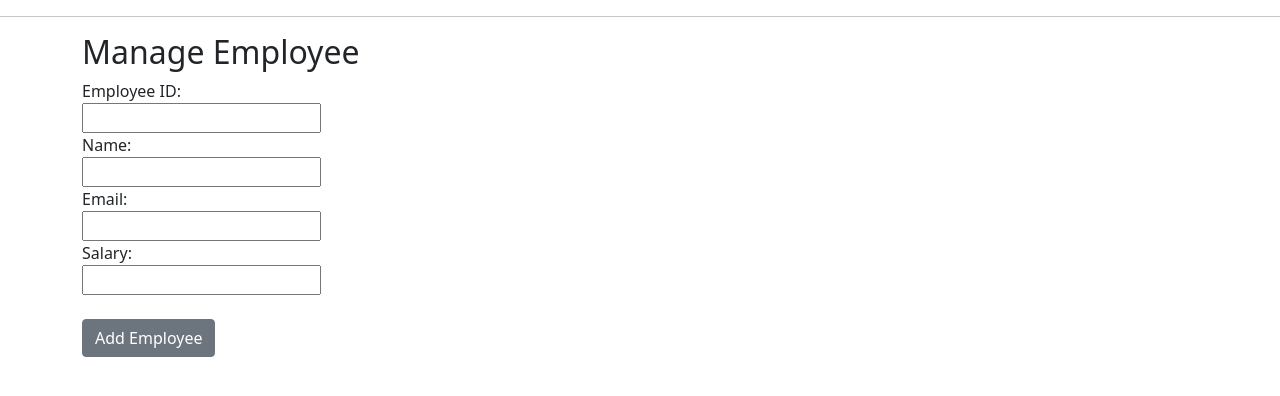
Repository: pradeep9689/monoceptAssignment
Page: http://localhost/08-jdbc-pool-connction/emplyeeAdd.jsp
An editor plug-in stored every save of this project. The page is shown before and after the next save, followed by the edit.
The browser window is 1280 px wide. The pictures show the whole page.
The page is served by Tomcat 9. Other server files are loaded and not shown.

Above is the page before, as saved 2024-07-17 05:10:54.

### 08-jdbc-pool-connction/WebContent/emplyeeAdd.jsp
<%@ page language="java" contentType="text/html; charset=ISO-8859-1"
    pageEncoding="ISO-8859-1"%>
    <link href="https://cdn.jsdelivr.net/npm/bootstrap@5.0.2/dist/css/bootstrap.min.css" rel="stylesheet" integrity="sha384-EVSTQN3/azprG1Anm3QDgpJLIm9Nao0Yz1ztcQTwFspd3yD65VohhpuuCOmLASjC" crossorigin="anonymous">
<!DOCTYPE html>
<html>
<head>
<meta charset="ISO-8859-1">
<title>Insert title here</title>
</head>
<body>
<hr>
<div class="container">
 <h2>Manage Employee</h2>
    <form action="EmployeeServlet" method="get">
        <label for="emp_id">Employee ID:</label><br>
        <input type="text" id="emp_id" name="emp_id" required><br>
        <label for="emp_name">Name:</label><br>
        <input type="text" id="emp_name" name="emp_name"><br>
        <label for="emp_mail">Email:</label><br>
        <input type="text" id="emp_mail" name="emp_mail"><br>
        <label for="salary">Salary:</label><br>
        <input type="text" id="salary" name="salary"><br><br>
        <input type="hidden" id="action" name="action" value="add">
        <input type="submit" class="btn btn-secondary" value="Add Employee" >
    </form>
    </div>
</body>
</html>

After the next save:
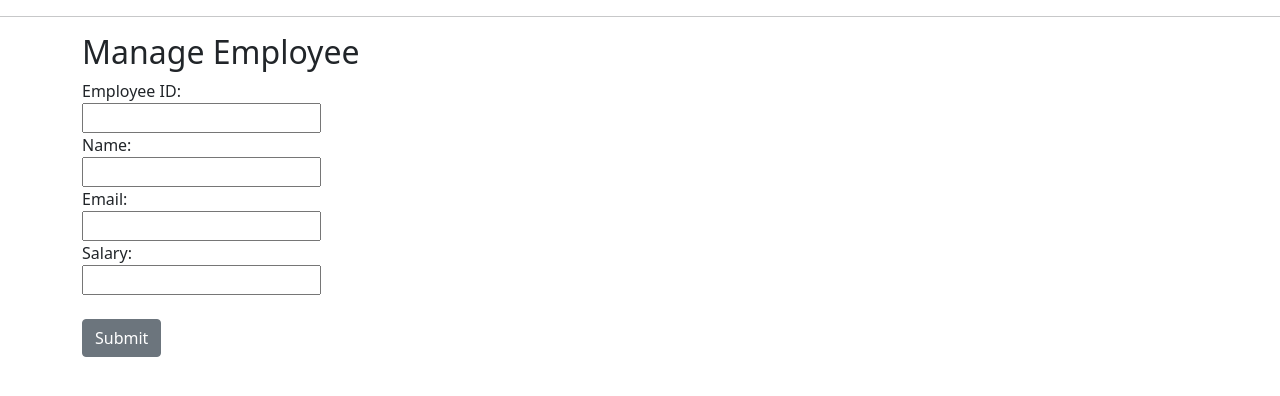
Saved 71 s later.
--- a/08-jdbc-pool-connction/WebContent/emplyeeAdd.jsp
+++ b/08-jdbc-pool-connction/WebContent/emplyeeAdd.jsp
@@ -21,7 +21,7 @@
         <label for="salary">Salary:</label><br>
         <input type="text" id="salary" name="salary"><br><br>
         <input type="hidden" id="action" name="action" value="add">
-        <input type="submit" class="btn btn-secondary" value="Add Employee" >
+        <input type="submit" class="btn btn-secondary"  >
     </form>
     </div>
 </body>
